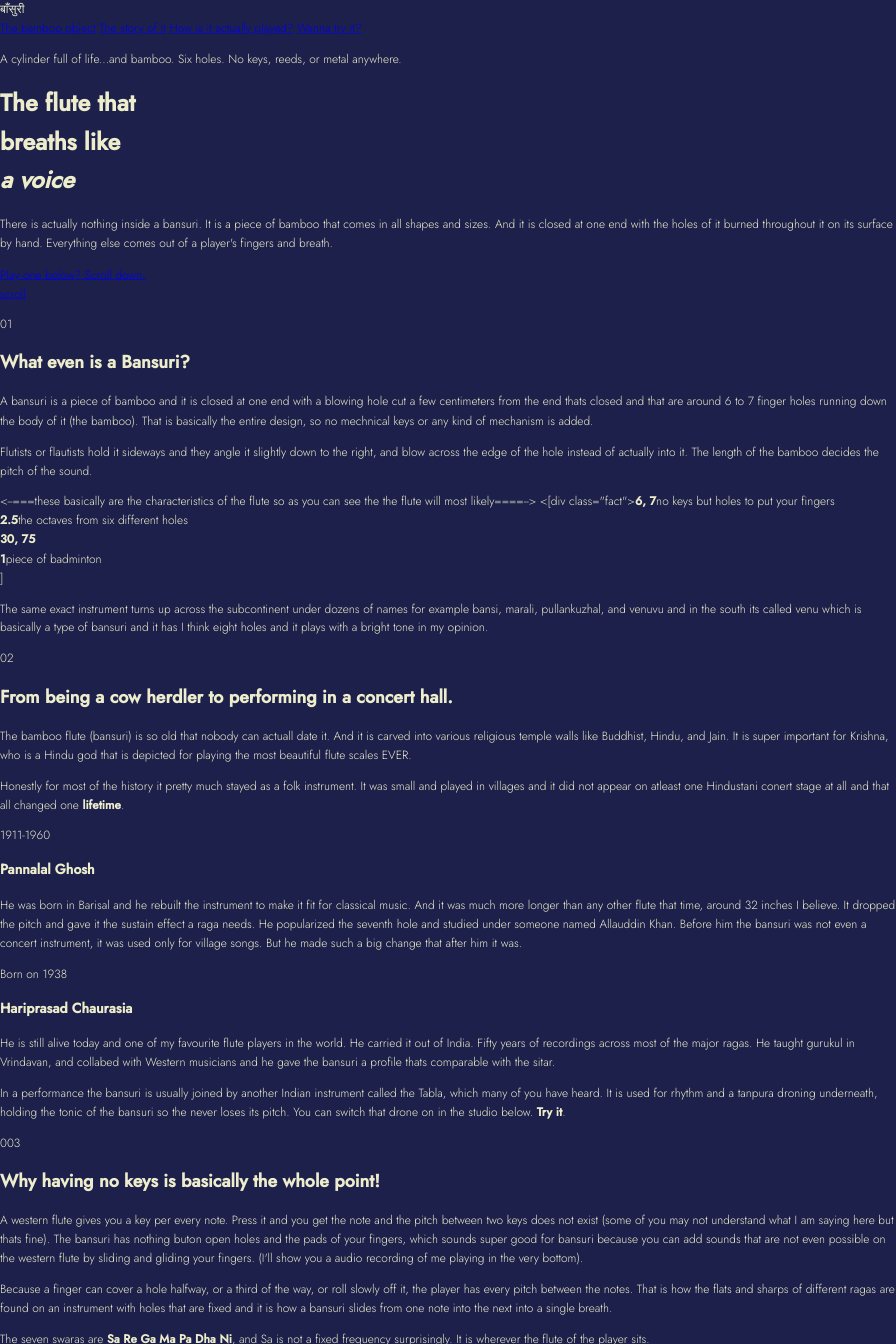
Repository: manayparikh1/Bansi
Page: index.html
The author's editor kept a copy of each file at every save. The page is drawn from the files as they stood at one save, then again after the next save.
The browser window is 1280 px wide. The pictures show the part of the page from y = 0 to 1920 px (the page is 2710 px tall before and 2194 px after), at 70% of full size.

Above is the page before, as saved 2026-09-19 21:57:40.

### index.html
<!DOCTYPE html>
<html lang="en">

<head>
    <meta charset="utf-8">
    <meta name="viewport" content="width=device-width, initial-scale=2.0">
    <title>Bansuri ——— the flute with NO keys</title>
    <link rel="preconnect" href="https://fonts.googleapis.com">
    <link rel="preconnect" href="https://fonts.gstatic.com" crossorigin>
    <link href="https://fonts.googleapis.com/css2?family=Marcellus&family=Jost:wght@300;400;500&display=swap"
        rel="stylesheet">
    <link rel="stylesheet" href="style.css">
</head>

<body>
    <div class="stars"></div>
    <nav class="bar">
        <span class="mark">बाँसुरी</span>
        <div class="links">
            <a href="#what">The bamboo object</a>
            <a href="#story">The story of it</a>
            <a href="#play">How is it actually played?</a>
            <a href="#studio" class="hot">Wanna try it?</a>
        </div>
    </nav>
    <!-- ===Hero=== -->
    <header class="hero" id="top">
        <div class="hero-inner">
            <p class="eyebrow">A cylinder full of life...and bamboo. Six holes. No keys, reeds, or metal anywhere.</p>
            <h1>The flute that<br>breaths like<br><em>a voice</em></h1>
            <p class="stand">
                There is actually nothing inside a bansuri. It is a piece of bamboo that comes in all shapes and sizes.
                And it is closed at one end with the holes of it burned throughout it on its surface by hand. Everything
                else comes out of a player's fingers and breath.
            </p>
            <a class="cta" href="#studio">Play one below? Scroll down.</a>
        </div>

        <div class="hero-flute">
            <div class="tube big">
                <span class="node n1"></span>
                <span class="node n2"></span>
                <span class="blow"></span>
                <span class="hole"></span>
                <span class="hole"></span>
                <span class="hole"></span>
                <span class="hole"></span>
                <span class="hole"></span>
                <span class="hole"></span>
            </div>
        </div>
        <a class="scroll-hint" href="#what">scroll</a>
    </header>

    <!-- ==1. the object-->
    <section class="band" id="what">
        <div class="wrap two-col">
            <div class="col-head">
                <p class="num">01</p>
                <h2>What even is a Bansuri?</h2>
            </div>
            <div class="col-body">
                <p class="lead">
                    A bansuri is a piece of bamboo and it is closed at one end with a blowing hole cut a few centimeters
                    from the end thats closed and that are around 6 to 7 finger holes running down the body of it (the
                    bamboo). That is basically the entire design, so no mechnical keys or any kind of mechanism is
                    added.
                </p>
                <p>
                    Flutists or flautists hold it sideways and they angle it slightly down to the right, and blow across
                    the edge of the hole instead of actually into it. The length of the bamboo decides the pitch of the
                    sound.
                </p>
                <--===these basically are the characteristics of the flute so as you can see the the flute will most
                    likely====-->
                    <[div class="fact"><b>6, 7</b><span>no keys but holes to put your fingers
                        </span>
            </div>
            <div class="fact"><b>2.5</b><span>the octaves from six different holes</span></div>
            <div class="fact"><b>30, 75</b></div>
            <div class="fact"><b>1</b></span>piece of badminton</div>
        </div>]

        <p class="aside-note">
            The same exact instrument turns up across the subcontinent under dozens of names for example bansi, marali,
            pullankuzhal, and venuvu and in the south its called venu which is basically a type of bansuri and it has I
            think eight holes and it plays with a bright tone in my opinion.
        </p>
        </div>
        </div>
    </section>
    <!-- == 2.story -->
    <section class="band tint" id="story">
        <div class="wrap two-col">
            <div class="col-head">
                <p class="num">02</p>
                <h2>From being a cow herdler to performing in a concert hall.</h2>
            </div>
            <div class="col-body">
                <p class="hello">
                    The bamboo flute (bansuri) is so old that nobody can actuall date it. And it is carved into various
                    religious temple walls like Buddhist, Hindu, and Jain. It is super important for Krishna, who is a
                    Hindu god that is depicted for playing the most beautiful flute scales EVER.
                </p>
                <p>
                    Honestly for most of the history it pretty much stayed as a folk instrument. It was small and played
                    in villages and it did not appear on atleast one Hindustani conert stage at all and that all changed
                    one <strong>lifetime</strong>.
                </p>

                <div class="people">
                    <div class="person">
                        <p class="years">1911-1960</p>
                        <h3>Pannalal Ghosh</h3>
                        <p>
                            He was born in Barisal and he rebuilt the instrument to make it fit for classical music. And
                            it was much more longer than any other flute that time, around 32 inches I believe. It
                            dropped the pitch and gave it the sustain effect a raga needs. He popularized the seventh
                            hole and studied under someone named Allauddin Khan. Before him the bansuri was not even a
                            concert instrument, it was used only for village songs. But he made such a big change that
                            after him it was.
                        </p>
                    </div>
                    <div class="person">
                        <p class="years">Born on 1938</p>
                        <h3>Hariprasad Chaurasia</h3>
                        <p>
                            He is still alive today and one of my favourite flute players in the world. He carried it
                            out of India. Fifty years of recordings across most of the major ragas. He taught gurukul in
                            Vrindavan, and collabed with Western musicians and he gave the bansuri a profile thats
                            comparable with the sitar.
                        </p>
                    </div>
                </div>
                <p class="tabla">
                    In a performance the bansuri is usually joined by another Indian instrument called the Tabla, which
                    many of you have heard. It is used for rhythm and a tanpura droning underneath, holding the tonic of
                    the bansuri so the never loses its pitch. You can switch that drone on in the studio below.
                    <strong>Try it</strong>.
                </p>
            </div>
        </div>
    </section>
    <!--==3. how is it ac played-->
    <section class="band" id="play" <div class="wrap two-col">

        <div class="col-head" <p class="num">003</p>
            <h2>Why having no keys is basically the whole point!</h2>
            <div>
                <div class="col-body">
                    <p class="lead">
                        A western flute gives you a key per every note. Press it and you get the note and the pitch
                        between two keys does not exist (some of you may not understand what I am saying here but thats
                        fine). The bansuri has nothing buton open holes and the pads of your fingers, which sounds super
                        good for bansuri because you can add sounds that are not even possible on the western flute by
                        sliding and gliding your fingers. (I'll show you a audio recording of me playing in the very
                        bottom).
                    </p>
                    <p>
                        Because a finger can cover a hole halfway, or a third of the way, or roll slowly off it, the
                        player has every pitch between the notes. That is how the flats and sharps of different ragas
                        are found on an instrument with holes that are fixed and it is how a bansuri slides from one
                        note into the next into a single breath.
                    </p>
                    <p>
                        The seven swaras are <b>Sa Re Ga Ma Pa Dha Ni</b>, and Sa is not a fixed frequency surprisingly.
                        It is wherever the flute of the player sits.
                    </p>
                    <div class="rowforswaras">
                        <span>सा<i>Sa</i></span><span>रे<i>Re</i></span><span>ग<i>Ga</i></span>
                        <span>म<i>Ma</i></span><span>प<i>Pa</i></span><span>ध<i>Dha</i></span>
                        <span>नि<i>Ni</i></span>
                    </div>
                </div>
            </div>
    </section>
    <!-- ===4.Studio=== -->
    <section class="thestudio" id="thestudio">
        <div class="wrap">
            <header class="studio-head">
                <p class="gold">The studio</p>
                <h2>Play it <strong>without</strong>blowing</h2>
                <p class="studiosub">
                    Press the swara pads or use the row of your keyboard
                    <kbd>A</kbd><kbd>S</kbd><kbd>D</kbd><kbd>F</kbd><kbd>G</kbd><kbd>H</kbd><kbd>J</kbd><kbd>K</kbd>.
                    Hold a note to keep it sustained and the flute above will show you which holes a real player would
                    be covering (as an example).
                </p>
            </header>
            <!-- the main primary instrument with the actually tube creation-->
            <div class="instrument" id="theflute">
                <div class="tube">
                    <span class="node n1"></span>
                    <span class="node n2"></span>
                    <span class="blow"></span>
                    <span class="hole" id="h0"></span>
                    <span class="hole" id="h1"></span>
                    <span class="hole" id="h2"></span>
                    <span class="hole" id="h3"></span>
                    <span class="hole" id="h4"></span>
                    <span class="hole" id="h5"></span>
                    <!-- only these much holes are enough because its good for beginners. -->
                </div>
                <p class="breath" id="breath">resting</p>
            </div>
            <!-- Controls -->
            <div class="thedesk">
                <div class="set">
                    <p class="set-label">Raga Colour</p>
                    <div class="thechips" id="thaats">
                        <button type="button" class="chip on" data-thaat="bilwal">Bilwal<i>all natural</i></button>
                        <button type="button" class="chip" data-thaat="yaman">Yaman<i>Ma is sharp</i></button>
                        <button type="button" class="chip" data-thaat="bhairav">Bhairav<i>Re and Dha is flat</i>
                        </button>
                        <button type="button" class="chip" data-thaat="kafi">Kafi<i>Ga and Ni is flat</i></button>
                    </div>
                </div>
                <div class="set">
                    <!-- testing straight from my flute -->
                </div>
                <p class="set-label">Length of the bamboo</p>
                <div class="thechips" id="sizes">
                    <button type="button" class="chip" data-base="220.00">Long<i>deep</i></button>
                    <button type="button" class="chip on" data-base="293.66">Medium<i>middle</i></button>
                    <button type="button" class="chip" data-base="392.00">Short<i>bright</i></button>
                </div>
            </div>
            <div class="set">
                <p class="set-label">Tanpura</p>
                <div class="thechips">
                    <button type="button" class="chip" id="drone">Drone Off</button>
                </div>
            </div>
        </div>
        <!-- Swara pads for the fingerings virtual padss-->
        <div class="thepads" id="thepads"></div>
        <p class="thefootnote">
            It has real fingering and it is super simplified: the lower four swaras are created by uncovering the holes
            one at a time at any speed you want, and the upper four repeat those shapes while the player blows harder
            with more embochure to jump an octave (I will show you that later). The flats and sharps that seperate one
            raga from another are actually found by covering half the hole, which a mouse, cursor or whatever you are
            using to test will not be able to imitate. So you need a real one for that.
        </p>
        </div>
    </section>
    <div class="wrap">
        <!-- this is written in devanagri and it is written the same in hindi and nepali बाँसुरी : flute-->
        <footer class="foot">
            <p class="foot-big">बाँसुरी</p>
            <p>A page about a hollow stick that can play as if it sings.</p>
            <p class="small">
                The sound is generated live with the Web Audio Api. If you want to see a page of me with audios of
                playing flute scroll down to the bottom.
            </p>
    </div>
    </footer>
    <!-- above is gonna be the footer -->
    <script src="app.js"></script>
</body>

</html>

### style.css
:root {
    --night: #1c204a;
    --violet: #30397d;
    --deep: #101644;
    --cream: #ededcc;
    --bamboo: #C9A15c;
    --bamboo2: #C9A15c;
    --marigold: #ec9c40;
    --rose: #f17458;
    --peacock: #49925e;
    --muted: #f2f2f2;
    --wrap: 1360px;
    --pad: clamp(20px, 4vw, 64px);
}

* {
    box-sizing: border-box;
}

html {
    scroll-behavior: smooth;
}

body {
    margin: 0;
    color: var(--cream);
    background: var(--night);
    font-family: 'Jost', Helvetica, Arial, sans-serif;
    font-size: 17px;
    font-weight: 300;
    line-height: 1.6;
    overflow-x: hidden;
}

Loaded but not shown: app.js (no stored copy; drawn as an empty file)

After the next save:
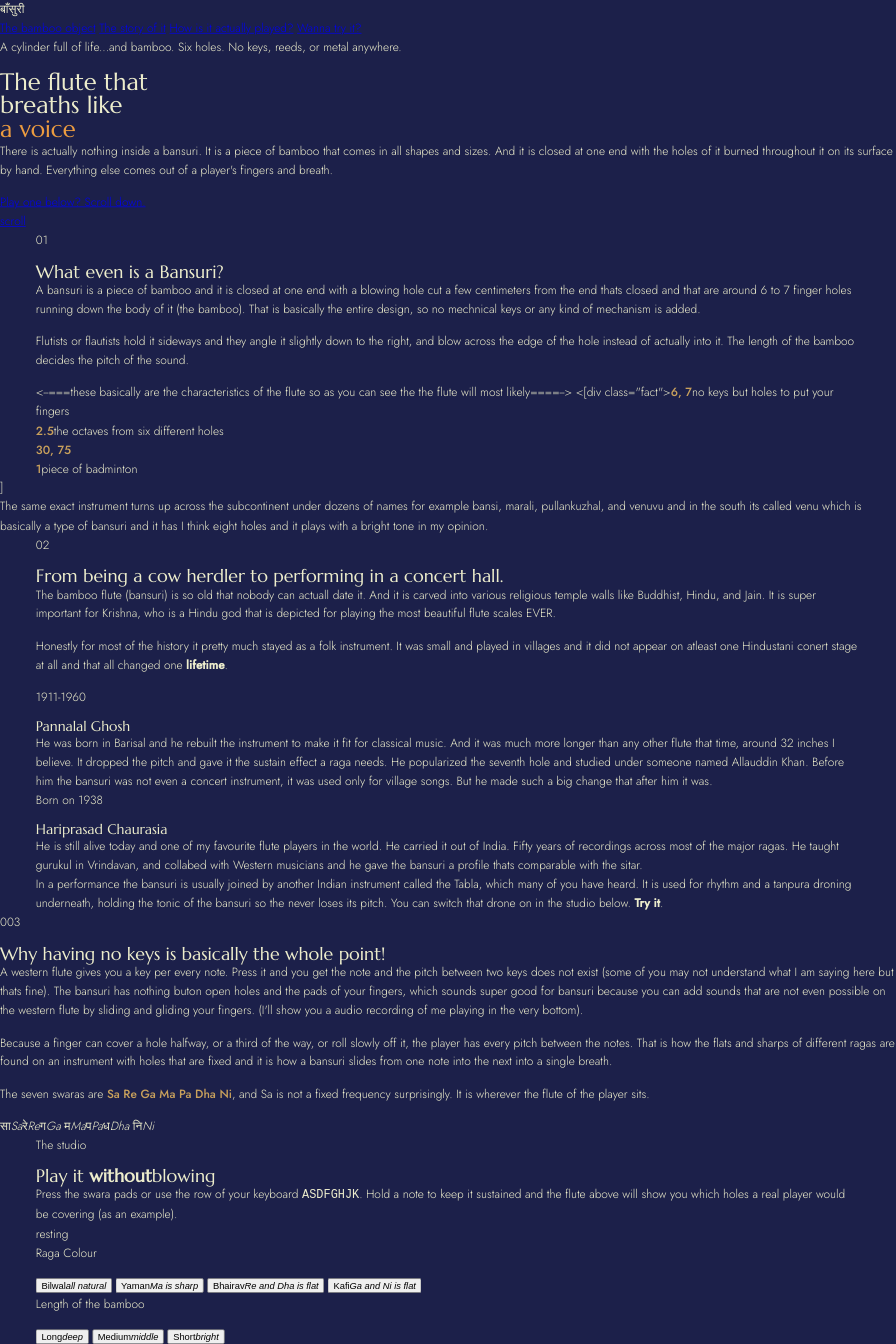
Saved 6 min 6 s later.
--- a/style.css
+++ b/style.css
@@ -31,3 +31,40 @@ body {
     line-height: 1.6;
     overflow-x: hidden;
 }
+
+h1,
+h2,
+h3 {
+
+    font-family: 'Marcellus', Georgia, serif;
+    font-weight: 410;
+    margin: 0;
+    line-height: 1.0;
+}
+
+p {
+    margin: 0 0 1.1em;
+}
+
+p:last-child {
+    margin-bottom: 0;
+}
+
+b {
+    font-weight: 500;
+    color: var(--bamboo);
+}
+
+em {
+    font-style: normal;
+    color: var(--marigold);
+}
+
+.wrap {
+    width: 100%;
+    max-width: var(--wrap);
+    margin: 0 auto;
+    padding: 0 var(--pad);
+}
+
+/*-- the field where stars are gonna be added --*/
